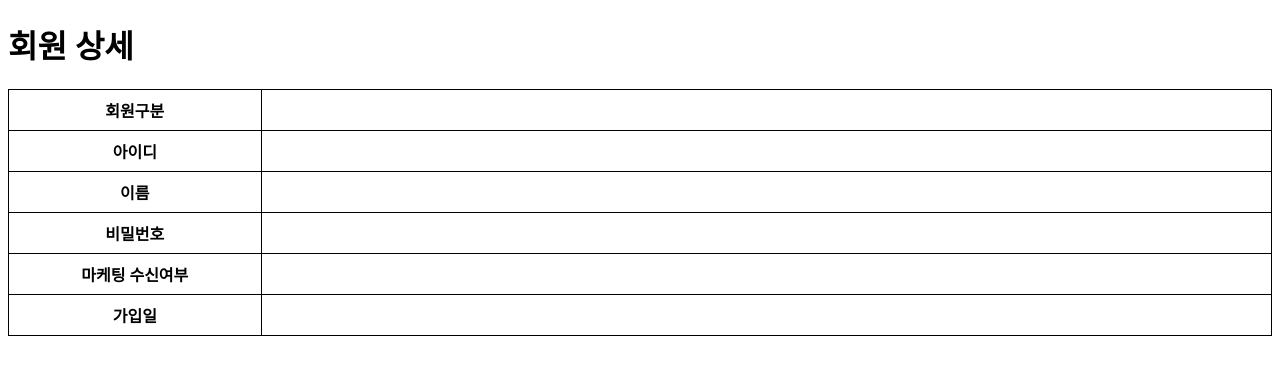
Repository: sangpyolee0/zerobase_task
Page: http://localhost/jsp-study/list.jsp
An editor plug-in stored every save of this project. The page is shown before and after the next save, followed by the edit.
The browser window is 1280 px wide. The pictures show the whole page.
The page is served by Tomcat 9. Other server files are loaded and not shown. Queries for data that is not in the repository find no rows.

Above is the page before, as saved 2024-12-07 07:53:25.

### jsp-study/src/main/webapp/list.jsp
<%@page import="db.Member"%>
<%@page import="java.util.List"%>
<%@page import="db.MemberService"%>
<%@ page language="java" contentType="text/html; charset=UTF-8"
	pageEncoding="UTF-8"%>
<!DOCTYPE html>
<html>
<head>
<meta charset="UTF-8">
<title>회원 목록</title>
<style>
table {
	width: 100%;
	border-collapse: collapse; /* 테두리가 겹치지 않게 설정 */
}

th, td {
	border: 1px solid #000; /* 검은색 테두리 */
	text-align: center; /* 텍스트 가운데 정렬 */
	padding: 8px; /* 내용 여백 */
}

thead th {
	background-color: #f2f2f2; /* 연한 회색 배경 */
	font-weight: bold;
}
</style>
</head>
<body>
	<%
	String memberType = request.getParameter("memberType");
	String userId = request.getParameter("userId");

    MemberService memberService = new MemberService();
    Member member = memberService.detail(memberType, userId);
    %>

	<h1>회원 상세</h1>
	<table>
	<colgroup>
		<col style= "width: 20%;">
		<col style= "width: 80%;">
	</colgroup>
		<tbody>
			<tr>
				<th>회원구분</th>
				<td></td>
			</tr>

			<tr>
				<th>아이디</th>
				<td></td>
			</tr>
			<tr>
				<th>이름</th>
				<td></td>
			</tr>
			<tr>
				<th>비밀번호</th>
				<td></td>
			</tr>
			<tr>
				<th>마케팅 수신여부</th>
				<td></td>
			</tr>
			<tr>
				<th>가입일</th>
				<td></td>
			</tr>


		</tbody>
	</table>
</body>
</html>

### jsp-study/src/main/java/db/MemberService.java
package db;

import java.sql.*;
import java.util.ArrayList;
import java.util.List;

public class MemberService {


    public List<Member> list() {

    	List<Member> memberList = new ArrayList<>();

        //접속 필요 5개
        // 1. ip(domain)
        // 2. port
        // 3. 계정
        // 4. 패스워드
        // 5. 인스턴스

        String url = "jdbc:mariadb://172.26.180.80:3306/testdb3";
        String dbUserId = "testuser3";
        String dbPassword = "zerobase";


        //접속 순서
        //1. 드라이버로드 //예외처리 방법, 감당 가능하면 처리 try catch 안되면 throws

        try {
            Class.forName("org.mariadb.jdbc.Driver");
        } catch (ClassNotFoundException e) {
            e.printStackTrace();
        }
        //2. 커넥션 객체 생성


        Connection connection = null;
        Statement statement = null;
        ResultSet rs = null;
        PreparedStatement preparedStatement = null;

        String memberTypeValue = "email";

        try {
            connection = DriverManager.getConnection(url, dbUserId, dbPassword);

//3. 스테이트먼트 객체 생성  파라미터 이슈 때문에 보통 PreparedStatement  사용

            preparedStatement = null;
            //   CallableStatement callableStatement = null;
//               statement = connection.createStatement();

              /* String sql = " select member_type, user_id, password, name " +
                            " from MEMBER " +
                            " where member_type = '" + memberTypeValue +"' ";*/
            // PreparedStatement 로 할 경우 위 커넥션 위치가 아니고 이 다음에 설정. 그리고 memberTypeValu 자리에 ? 넣기
            String sql = " select member_type, user_id, password, name " +
                    " from MEMBER " +
                    " where member_type = ? ";

            preparedStatement = connection.prepareStatement(sql);
            preparedStatement.setString(1, memberTypeValue);

            //4. 쿼리 실행
//               rs = statement.executeQuery(sql);
            // PreparedStatement 로 할 경우
            rs = preparedStatement.executeQuery();
            //5. 결과 수행
            while (rs.next()) {
                String memberType = rs.getString("member_type");
                String userId = rs.getString("user_id");
                String password = rs.getString("password");
                String name = rs.getString("name");

                Member member = new Member();
                member.setMemberType(memberTypeValue);
                member.setUserId(userId);
                member.setName(name);
                member.setPassword(password);

                memberList.add(member);


                System.out.println(memberType + ", " + userId + ", " + password + ", " + name);
            }

        } catch (SQLException e) {
            e.printStackTrace();
        }
        //5. 객체 연결 해체(close)
        finally {

            try {
                if (rs != null && !rs.isClosed()) {
                    rs.close();
                }
            } catch (SQLException e) {
                throw new RuntimeException(e);
            }

            try {
                if (preparedStatement != null && !preparedStatement.isClosed()) {
                    preparedStatement.close();
                }
            } catch (SQLException e) {
                throw new RuntimeException(e);
            }

            try {
                if (connection != null && !connection.isClosed()) {
                    connection.close();
                }
            } catch (SQLException e) {
                throw new RuntimeException(e);
            }

        }

        return memberList;

    }

public Member detail(String memberType, String userId) {

    	Member member = null;

        //접속 필요 5개
        // 1. ip(domain)
        // 2. port
        // 3. 계정
        // 4. 패스워드
        // 5. 인스턴스

        String url = "jdbc:mariadb://172.26.180.80:3306/testdb3";
        String dbUserId = "testuser3";
        String dbPassword = "zerobase";


        //접속 순서
        //1. 드라이버로드 //예외처리 방법, 감당 가능하면 처리 try catch 안되면 throws

        try {
            Class.forName("org.mariadb.jdbc.Driver");
        } catch (ClassNotFoundException e) {
            e.printStackTrace();
        }
        //2. 커넥션 객체 생성


        Connection connection = null;
        Statement statement = null;
        ResultSet rs = null;
        PreparedStatement preparedStatement = null;


        try {
            connection = DriverManager.getConnection(url, dbUserId, dbPassword);

//3. 스테이트먼트 객체 생성  파라미터 이슈 때문에 보통 PreparedStatement  사용

            preparedStatement = null;
            //   CallableStatement callableStatement = null;
//               statement = connection.createStatement();

              /* String sql = " select member_type, user_id, password, name " +
                            " from MEMBER " +
                            " where member_type = '" + memberTypeValue +"' ";*/
            // PreparedStatement 로 할 경우 위 커넥션 위치가 아니고 이 다음에 설정. 그리고 memberTypeValu 자리에 ? 넣기
            String sql = " select m.member_type, m.user_id, m.password, m.name "
            		+ " ,md.marketing_yn "
            		+ " ,md.register_date "
            		+ " ,md.mobile_no "
            		+ " from MEMBER m "
            		+ " left join member_detail md on md.member_type = m.member_type and m.user_id = md.user_id "
            		+ " where m.member_type =? and m.user_id =? ";

            preparedStatement = connection.prepareStatement(sql);
            preparedStatement.setString(1, memberType);
            preparedStatement.setString(2, userId);

            //4. 쿼리 실행
//               rs = statement.executeQuery(sql);
            // PreparedStatement 로 할 경우
            rs = preparedStatement.executeQuery();
            //5. 결과 수행
            if (rs.next()) {
            	member = new Member();

                member.setMemberType(rs.getString("member_type"));
                member.setUserId(rs.getString("user_id"));
                member.setName(rs.getString("password"));
                member.setPassword(rs.getString("name"));
                member.setMobileNo(rs.getString("mobile_no"));
                member.setMarketingYN(rs.getBoolean("marketing_yn"));
                member.setRegisterDate(rs.getDate("register_date"));

                        }

        } catch (SQLException e) {
            e.printStackTrace();
        }
        //5. 객체 연결 해체(close)
        finally {

            try {
                if (rs != null && !rs.isClosed()) {
                    rs.close();
                }
            } catch (SQLException e) {
                throw new RuntimeException(e);
            }

            try {
                if (preparedStatement != null && !preparedStatement.isClosed()) {
                    preparedStatement.close();
                }
            } catch (SQLException e) {
                throw new RuntimeException(e);
            }

            try {
                if (connection != null && !connection.isClosed()) {
                    connection.close();
                }
            } catch (SQLException e) {
                throw new RuntimeException(e);
            }

        }

        return member;

    }


    public void register(Member member) {

        //접속 필요 5개
        // 1. ip(domain)
        // 2. port
        // 3. 계정
        // 4. 패스워드
        // 5. 인스턴스

        String url = "jdbc:mariadb://172.26.180.80:3306/testdb3";
        String dbUserId = "testuser3";
        String dbPassword = "zerobase";


        //접속 순서
        //1. 드라이버로드 //예외처리 방법, 감당 가능하면 처리 try catch 안되면 throws

        try {
            Class.forName("org.mariadb.jdbc.Driver");
        } catch (ClassNotFoundException e) {
            e.printStackTrace();
        }
        //2. 커넥션 객체 생성


        Connection connection = null;
        Statement statement = null;
        ResultSet rs = null;
        PreparedStatement preparedStatement = null;


        try {
            connection = DriverManager.getConnection(url, dbUserId, dbPassword);

//3. 스테이트먼트 객체 생성  파라미터 이슈 때문에 보통 PreparedStatement  사용

            preparedStatement = null;
            //   CallableStatement callableStatement = null;
//               statement = connection.createStatement();

              /* String sql = " select member_type, user_id, password, name " +
                            " from MEMBER " +
                            " where member_type = '" + memberTypeValue +"' ";*/
            // PreparedStatement 로 할 경우 위 커넥션 위치가 아니고 이 다음에 설정. 그리고 memberTypeValu 자리에 ? 넣기
            String sql = " insert into MEMBER (member_type, user_id, name, password) " +
                        " values (?, ? ,? ,?) ";

            preparedStatement = connection.prepareStatement(sql);
            preparedStatement.setString(1, member.getMemberType());
            preparedStatement.setString(2, member.getUserId());
            preparedStatement.setString(3, member.getName());
            preparedStatement.setString(4, member.getPassword());


            //4. 쿼리 실행
//               rs = statement.executeQuery(sql);
            // PreparedStatement 로 할 경우
            int affected = preparedStatement.executeUpdate();

            if (affected > 0) {
                System.out.println(" 저장 성공 ");
            } else {
                System.out.println(" 저장 실패 ");
            }

        } catch (SQLException e) {
            e.printStackTrace();
        }
        //5. 객체 연결 해체(close)
        finally {

            try {
                if (rs != null && !rs.isClosed()) {
                    rs.close();
                }
            } catch (SQLException e) {
                throw new RuntimeException(e);
            }

            try {
                if (preparedStatement != null && !preparedStatement.isClosed()) {
                    preparedStatement.close();
                }
            } catch (SQLException e) {
                throw new RuntimeException(e);
            }

            try {
                if (connection != null && !connection.isClosed()) {
                    connection.close();
                }
            } catch (SQLException e) {
                throw new RuntimeException(e);
            }

        }




    }

    public void dbUpdate(String memberType, String userId,String password) {

        //접속 필요 5개
        // 1. ip(domain)
        // 2. port
        // 3. 계정
        // 4. 패스워드
        // 5. 인스턴스

        String url = "jdbc:mariadb://172.26.180.80:3306/testdb3";
        String dbUserId = "testuser3";
        String dbPassword = "zerobase";


        //접속 순서
        //1. 드라이버로드 //예외처리 방법, 감당 가능하면 처리 try catch 안되면 throws

        try {
            Class.forName("org.mariadb.jdbc.Driver");
        } catch (ClassNotFoundException e) {
            e.printStackTrace();
        }
        //2. 커넥션 객체 생성


        Connection connection = null;
        Statement statement = null;
        ResultSet rs = null;
        PreparedStatement preparedStatement = null;

        try {
            connection = DriverManager.getConnection(url, dbUserId, dbPassword);

//3. 스테이트먼트 객체 생성  파라미터 이슈 때문에 보통 PreparedStatement  사용

            preparedStatement = null;
            //   CallableStatement callableStatement = null;
//               statement = connection.createStatement();

              /* String sql = " select member_type, user_id, password, name " +
                            " from MEMBER " +
                            " where member_type = '" + memberTypeValue +"' ";*/
            // PreparedStatement 로 할 경우 위 커넥션 위치가 아니고 이 다음에 설정. 그리고 memberTypeValu 자리에 ? 넣기
            String sql = " update MEMBER set " +
                                " password = ? " +
                            " where member_type = ? and user_id = ? " ;

            preparedStatement = connection.prepareStatement(sql);
            preparedStatement.setString(2, memberType);
            preparedStatement.setString(3, userId);
            preparedStatement.setString(1, password);


            //4. 쿼리 실행
//               rs = statement.executeQuery(sql);
            // PreparedStatement 로 할 경우
            int affected = preparedStatement.executeUpdate();

            if (affected > 0) {
                System.out.println(" 수정 성공 ");
            } else {
                System.out.println(" 수정 실패 ");
            }

        } catch (SQLException e) {
            e.printStackTrace();
        }
        //5. 객체 연결 해체(close)
        finally {

            try {
                if (rs != null && !rs.isClosed()) {
                    rs.close();
                }
            } catch (SQLException e) {
                throw new RuntimeException(e);
            }

            try {
                if (preparedStatement != null && !preparedStatement.isClosed()) {
                    preparedStatement.close();
                }
            } catch (SQLException e) {
                throw new RuntimeException(e);
            }

            try {
                if (connection != null && !connection.isClosed()) {
                    connection.close();
                }
            } catch (SQLException e) {
                throw new RuntimeException(e);
            }

        }



    }

    public void withdraw(Member member) {

        //접속 필요 5개
        // 1. ip(domain)
        // 2. port
        // 3. 계정
        // 4. 패스워드
        // 5. 인스턴스

        String url = "jdbc:mariadb://172.26.180.80:3306/testdb3";
        String dbUserId = "testuser3";
        String dbPassword = "zerobase";


        //접속 순서
        //1. 드라이버로드 //예외처리 방법, 감당 가능하면 처리 try catch 안되면 throws

        try {
            Class.forName("org.mariadb.jdbc.Driver");
        } catch (ClassNotFoundException e) {
            e.printStackTrace();
        }
        //2. 커넥션 객체 생성


        Connection connection = null;
        Statement statement = null;
        ResultSet rs = null;
        PreparedStatement preparedStatement = null;




        try {
            connection = DriverManager.getConnection(url, dbUserId, dbPassword);

//3. 스테이트먼트 객체 생성  파라미터 이슈 때문에 보통 PreparedStatement  사용

            preparedStatement = null;
            //   CallableStatement callableStatement = null;
//               statement = connection.createStatement();

              /* String sql = " select member_type, user_id, password, name " +
                            " from MEMBER " +
                            " where member_type = '" + memberTypeValue +"' ";*/
            // PreparedStatement 로 할 경우 위 커넥션 위치가 아니고 이 다음에 설정. 그리고 memberTypeValu 자리에 ? 넣기
            String sql = " delete from MEMBER " +
                            " where member_type = ? and user_id = ? " ;

            preparedStatement = connection.prepareStatement(sql);
            preparedStatement.setString(1, member.getMemberType());
            preparedStatement.setString(2, member.getUserId());



            //4. 쿼리 실행
//               rs = statement.executeQuery(sql);
            // PreparedStatement 로 할 경우
            int affected = preparedStatement.executeUpdate();

            if (affected > 0) {
                System.out.println(" 삭제 성공 ");
            } else {
                System.out.println(" 삭제 실패 ");
            }

        } catch (SQLException e) {
            e.printStackTrace();
        }
        //5. 객체 연결 해체(close)
        finally {

            try {
                if (rs != null && !rs.isClosed()) {
                    rs.close();
                }
            } catch (SQLException e) {
                throw new RuntimeException(e);
            }

            try {
                if (preparedStatement != null && !preparedStatement.isClosed()) {
                    preparedStatement.close();
                }
            } catch (SQLException e) {
                throw new RuntimeException(e);
            }

            try {
                if (connection != null && !connection.isClosed()) {
                    connection.close();
                }
            } catch (SQLException e) {
                throw new RuntimeException(e);
            }

        }



    }
}

After the next save:
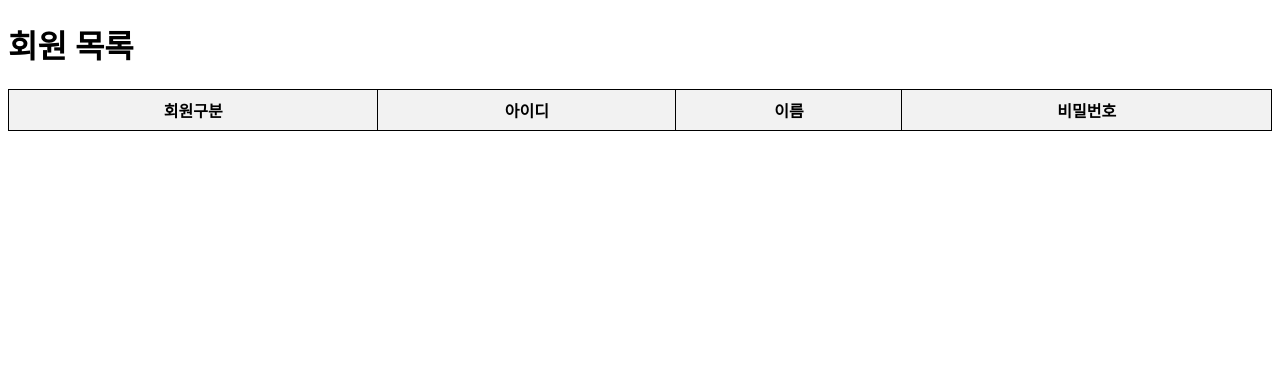
Saved 2 min 0 s later.
--- a/jsp-study/src/main/webapp/list.jsp
+++ b/jsp-study/src/main/webapp/list.jsp
@@ -2,74 +2,61 @@
 <%@page import="java.util.List"%>
 <%@page import="db.MemberService"%>
 <%@ page language="java" contentType="text/html; charset=UTF-8"
-	pageEncoding="UTF-8"%>
+    pageEncoding="UTF-8"%>
 <!DOCTYPE html>
 <html>
 <head>
 <meta charset="UTF-8">
 <title>회원 목록</title>
 <style>
+/* 테이블 스타일 */
 table {
-	width: 100%;
-	border-collapse: collapse; /* 테두리가 겹치지 않게 설정 */
+    width: 100%;
+    border-collapse: collapse; /* 테두리가 겹치지 않게 설정 */
 }
 
+/* 테두리 설정 */
 th, td {
-	border: 1px solid #000; /* 검은색 테두리 */
-	text-align: center; /* 텍스트 가운데 정렬 */
-	padding: 8px; /* 내용 여백 */
+    border: 1px solid #000; /* 검은색 테두리 */
+    text-align: center; /* 텍스트 가운데 정렬 */
+    padding: 8px; /* 내용 여백 */
 }
 
+/* 헤더 스타일 */
 thead th {
-	background-color: #f2f2f2; /* 연한 회색 배경 */
-	font-weight: bold;
+    background-color: #f2f2f2; /* 연한 회색 배경 */
+    font-weight: bold;
 }
 </style>
 </head>
 <body>
-	<%
-	String memberType = request.getParameter("memberType");
-	String userId = request.getParameter("userId");
-
+    <%
     MemberService memberService = new MemberService();
-    Member member = memberService.detail(memberType, userId);
+    List<Member> memberList = memberService.list();
     %>
 
-	<h1>회원 상세</h1>
-	<table>
-	<colgroup>
-		<col style= "width: 20%;">
-		<col style= "width: 80%;">
-	</colgroup>
-		<tbody>
-			<tr>
-				<th>회원구분</th>
-				<td></td>
-			</tr>
-
-			<tr>
-				<th>아이디</th>
-				<td></td>
-			</tr>
-			<tr>
-				<th>이름</th>
-				<td></td>
-			</tr>
-			<tr>
-				<th>비밀번호</th>
-				<td></td>
-			</tr>
-			<tr>
-				<th>마케팅 수신여부</th>
-				<td></td>
-			</tr>
-			<tr>
-				<th>가입일</th>
-				<td></td>
-			</tr>
-
-
-		</tbody>
-	</table>
+    <h1>회원 목록</h1>
+    <table>
+        <thead>
+            <tr>
+                <th>회원구분</th>
+                <th>아이디</th>
+                <th>이름</th>
+                <th>비밀번호</th>
+            </tr>
+        </thead>
+        <tbody>
+            <%
+            for (Member member : memberList) {
+                out.write("<tr>");
+                out.write("<td>" + member.getMemberType() + "</td>");
+                out.write("<td>" + member.getUserId() + "</td>");
+                out.write("<td>" + member.getName() + "</td>");
+                out.write("<td>" + member.getPassword() + "</td>");
+                out.write("</tr>");
+            }
+            %>
+        </tbody>
+    </table>
 </body>
 </html>
